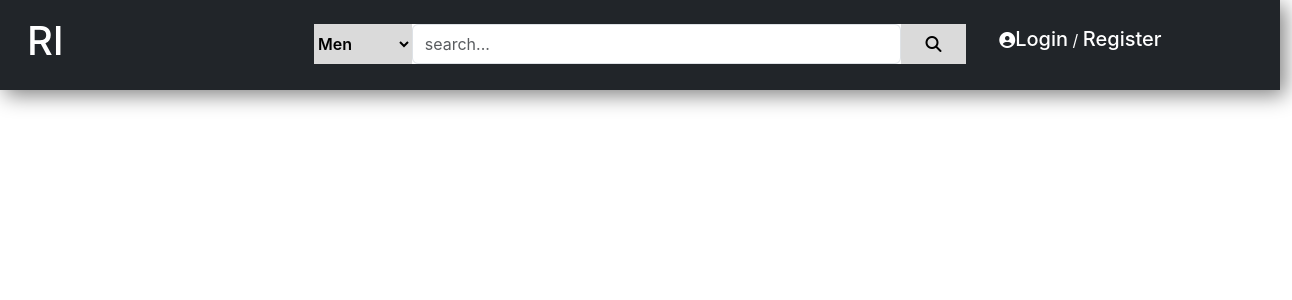
Repository: KodandaraoChellapilli/e-store
Page: /
These files come from the project's save history. The page is drawn as it stood at one moment and after the next save; the edit follows.
The browser window is 1280 px wide. The page is 1292 px wide, so the pictures cover 1292 px, including what lies to the right of the window. The pictures show the whole page.
The project was rebuilt for these pictures with package versions that can differ from the ones it lists, and the page was loaded fresh each time.

Above is the page before, as saved 2025-06-05 10:34:47.

After the next save:
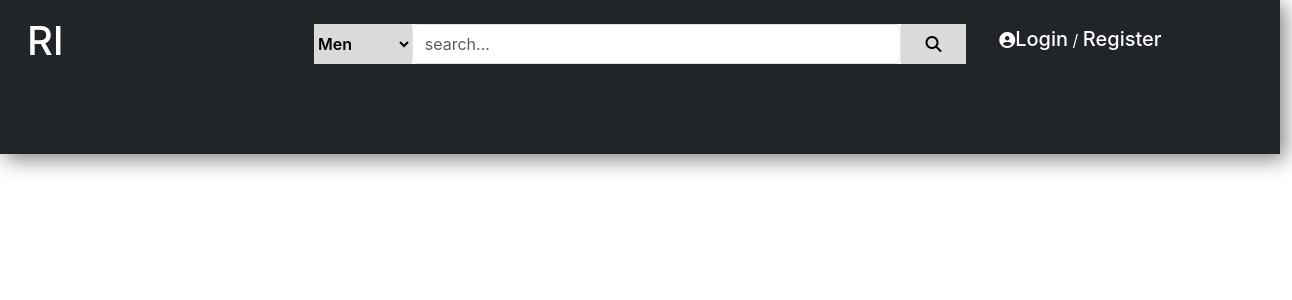
Saved 4 min 16 s later.
--- a/src/App.js
+++ b/src/App.js
@@ -30,7 +30,11 @@ function App() {
 
           </div>
 
-          <div>
+          <div className='cart-wishlist'>
+            <ul>
+              <li> <i className='fa fa-heart'/> </li>
+              <li> <i className='fa fa-shopping-cart'/> </li>
+            </ul>
 
           </div>
 
